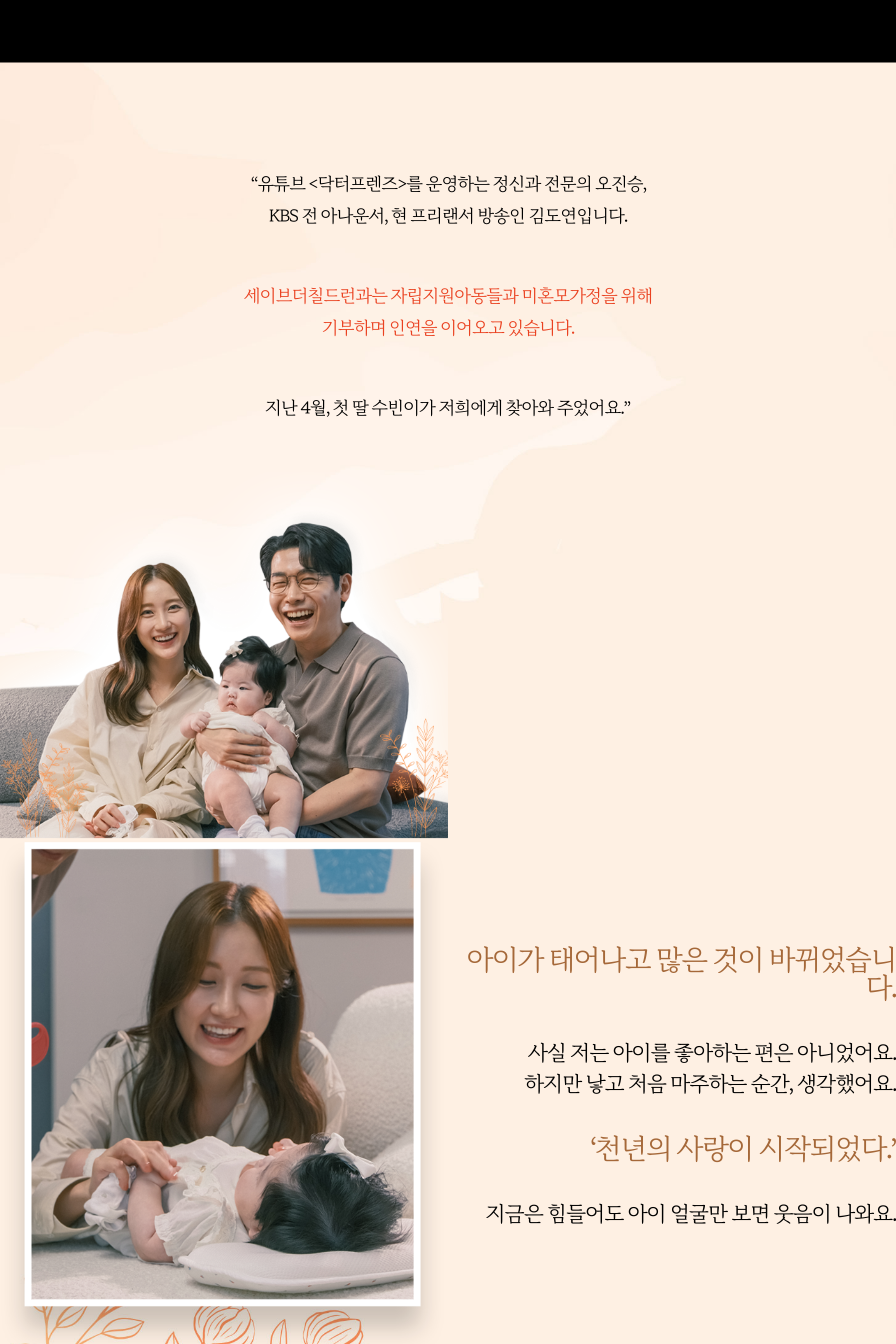
Repository: dlgywls1130/saveTheChildren_2024
Page: index.html
An editor plug-in stored every save of this project. The page is shown before and after the next save, followed by the edit.
The browser window is 1280 px wide. The pictures show the part of the page from y = 1176 to 3096 px (the page is 12688 px tall before and 12778 px after), at 70% of full size.
Some web fonts or font styles are not loaded; a fallback is used. The style sheet was rebuilt from its Sass, Less or Tailwind sources for each picture, by a compiler version that may differ from the author's.

Above is the page before, as saved 2024-11-03 21:00:35.

After the next save:
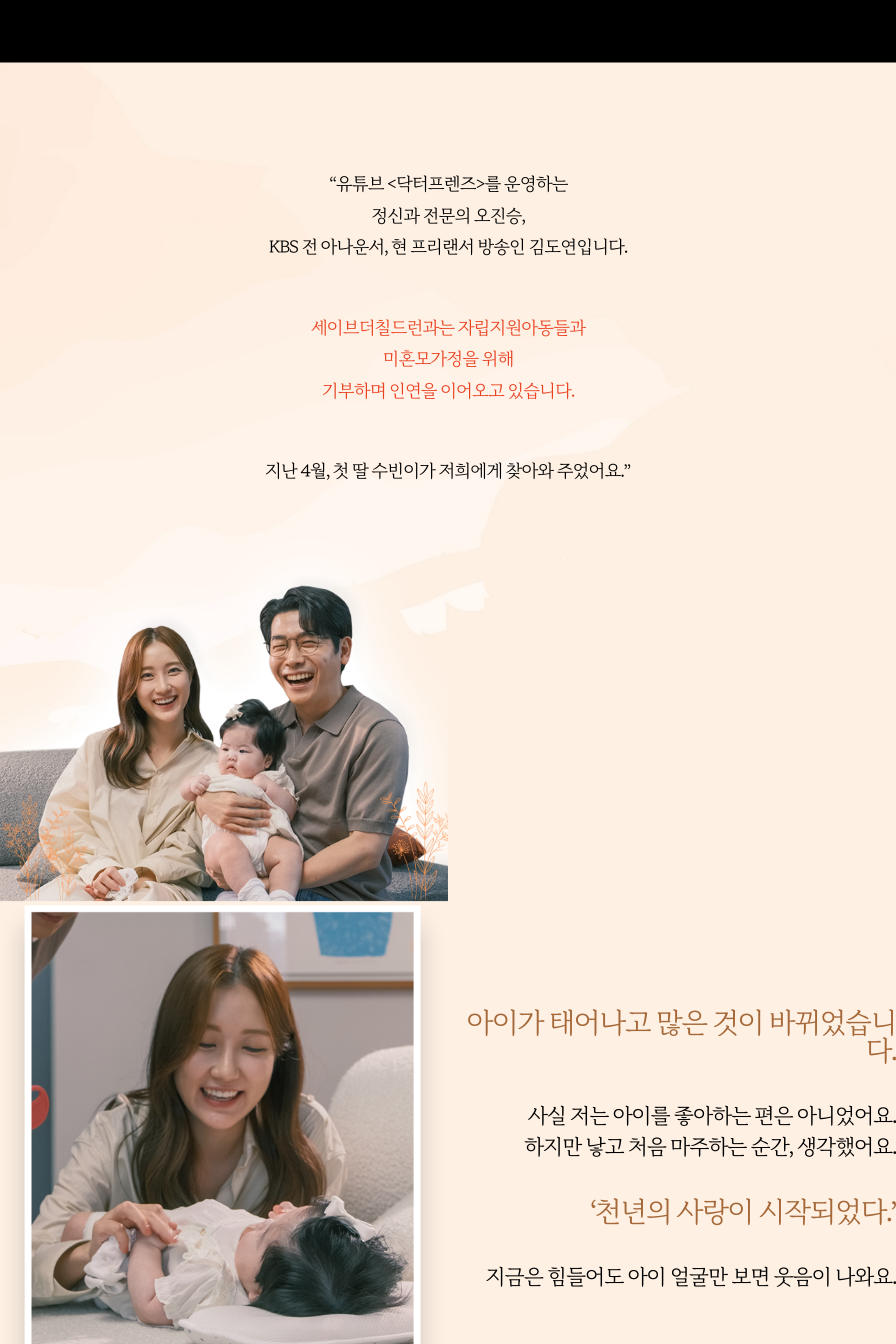
Saved 21 s later.
--- a/index.html
+++ b/index.html
@@ -53,12 +53,12 @@
 
             <div class="story_01">
                 <p class="s01 mb-70">
-                    “유튜브 <닥터프렌즈>를 운영하는 정신과 전문의 오진승,
+                    “유튜브 <닥터프렌즈>를 운영하는<br> 정신과 전문의 오진승,
                     <br>KBS 전 아나운서, 현 프리랜서 방송인 김도연입니다.
                 </p>
 
                 <p class="s01_1 mb-70">
-                    세이브더칠드런과는 자립지원아동들과 미혼모가정을 위해
+                    세이브더칠드런과는 자립지원아동들과<br> 미혼모가정을 위해
                     <br>기부하며 인연을 이어오고 있습니다.
                 </p>
 
